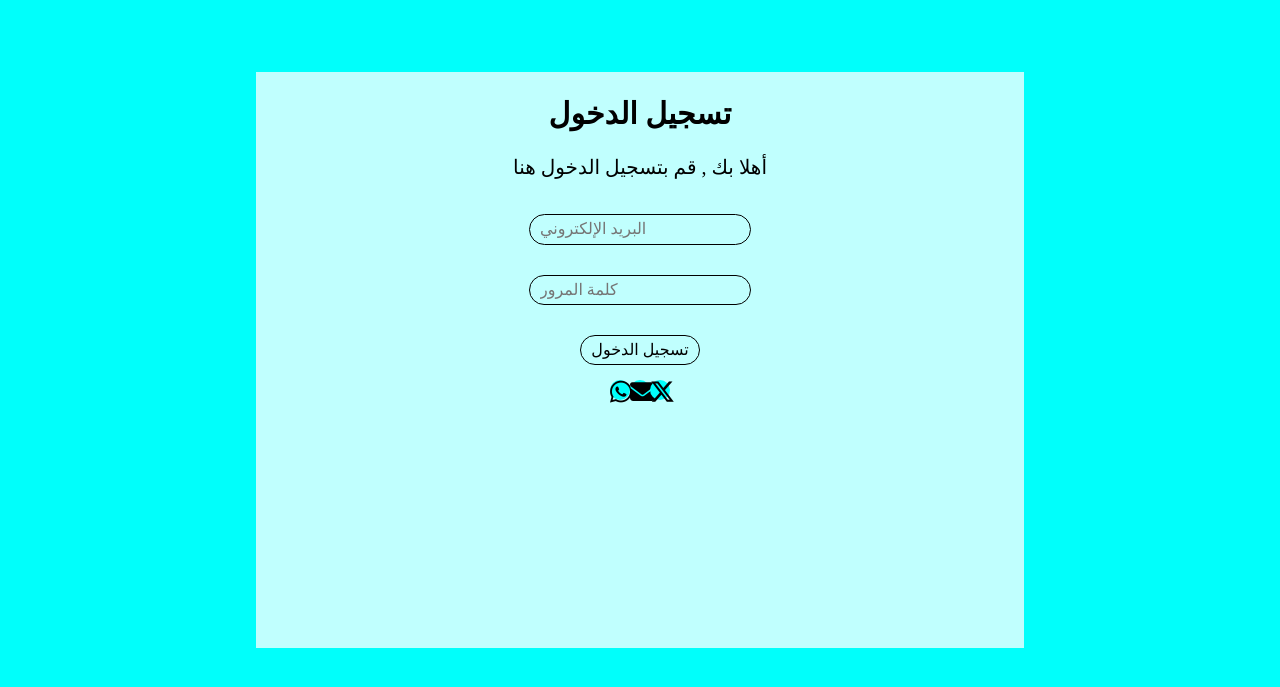
Repository: FaisalFahed/login-page
Page: html/صفحة تسجيل دخول.html
These files come from the project's save history. The page is drawn as it stood at one moment and after a run of saves; the edit follows.
The browser window is 1280 px wide. The pictures show the whole page.
Some web fonts or font styles are not loaded; a fallback is used.

Above is the page before, as saved 2025-04-01 08:43:05.

### html/صفحة تسجيل دخول.html
<!DOCTYPE html>
<html lang="en">
<head>
    <meta charset="UTF-8">
    <meta name="viewport" content="width=device-width, initial-scale=1.0">
    <link rel="stylesheet" href="css/normlaize.css">
    <link rel="stylesheet" href="../css/صفحة تسجيل دخول.css">
    <!-- Font Awesome -->
    <link rel="stylesheet" href="../css/all.min.css">
    <!-- Google Fonts -->
    <link rel="preconnect" href="https://fonts.googleapis.com">
    <link rel="preconnect" href="https://fonts.gstatic.com" crossorigin>
    <link href="https://fonts.googleapis.com/css2?family=Markazi+Text:wght@400..700&display=swap" rel="stylesheet">
    <title>Faisal | صفحة تسجيل دخول</title>
</head>
    <body>
        <div class="container">
            <div class="text">
                <h2>تسجيل الدخول</h2>
                <p>أهلا بك , قم بتسجيل الدخول هنا</p>
            </div>
            <div class="log-in">
                <input type="email" placeholder="البريد الإلكتروني">
                <input type="password" placeholder="كلمة المرور">
                <input type="submit" value="تسجيل الدخول">
            </div>
            <div class="icons">
                <ul>
                    <li><a href="#"><i class="fa-brands fa-whatsapp"></i></a></li>
                    <li><a href="#"><i class="fa-solid fa-envelope"></i></a></li>
                    <li><a href="#"><i class="fa-brands fa-x-twitter"></i></a></li>
                </ul>
            </div>
        </div>
    </body>
</html>

### css/normlaize.css
/*! normalize.css v8.0.1 | MIT License | github.com/necolas/normalize.css */

/* Document
   ========================================================================== */

/**
 * 1. Correct the line height in all browsers.
 * 2. Prevent adjustments of font size after orientation changes in iOS.
 */

 html {
  line-height: 1.15; /* 1 */
  -webkit-text-size-adjust: 100%; /* 2 */
}

/* Sections
   ========================================================================== */

/**
 * Remove the margin in all browsers.
 */

body {
  margin: 0;
}

/**
 * Render the `main` element consistently in IE.
 */

main {
  display: block;
}

/**
 * Correct the font size and margin on `h1` elements within `section` and
 * `article` contexts in Chrome, Firefox, and Safari.
 */

h1 {
  font-size: 2em;
  margin: 0.67em 0;
}

/* Grouping content
   ========================================================================== */

/**
 * 1. Add the correct box sizing in Firefox.
 * 2. Show the overflow in Edge and IE.
 */

hr {
  box-sizing: content-box; /* 1 */
  height: 0; /* 1 */
  overflow: visible; /* 2 */
}

/**
 * 1. Correct the inheritance and scaling of font size in all browsers.
 * 2. Correct the odd `em` font sizing in all browsers.
 */

pre {
  font-family: monospace, monospace; /* 1 */
  font-size: 1em; /* 2 */
}

/* Text-level semantics
   ========================================================================== */

/**
 * Remove the gray background on active links in IE 10.
 */

a {
  background-color: transparent;
}

/**
 * 1. Remove the bottom border in Chrome 57-
 * 2. Add the correct text decoration in Chrome, Edge, IE, Opera, and Safari.
 */

abbr[title] {
  border-bottom: none; /* 1 */
  text-decoration: underline; /* 2 */
  text-decoration: underline dotted; /* 2 */
}

/**
 * Add the correct font weight in Chrome, Edge, and Safari.
 */

b,
strong {
  font-weight: bolder;
}

/**
 * 1. Correct the inheritance and scaling of font size in all browsers.
 * 2. Correct the odd `em` font sizing in all browsers.
 */

code,
kbd,
samp {
  font-family: monospace, monospace; /* 1 */
  font-size: 1em; /* 2 */
}

/**
 * Add the correct font size in all browsers.
 */

small {
  font-size: 80%;
}

/**
 * Prevent `sub` and `sup` elements from affecting the line height in
 * all browsers.
 */

sub,
sup {
  font-size: 75%;
  line-height: 0;
  position: relative;
  vertical-align: baseline;
}

sub {
  bottom: -0.25em;
}

sup {
  top: -0.5em;
}

/* Embedded content
   ========================================================================== */

/**
 * Remove the border on images inside links in IE 10.
 */

img {
  border-style: none;
}

/* Forms
   ========================================================================== */

/**
 * 1. Change the font styles in all browsers.
 * 2. Remove the margin in Firefox and Safari.
 */

button,
input,
optgroup,
select,
textarea {
  font-family: inherit; /* 1 */
  font-size: 100%; /* 1 */
  line-height: 1.15; /* 1 */
  margin: 0; /* 2 */
}

/**
 * Show the overflow in IE.
 * 1. Show the overflow in Edge.
 */

button,
input { /* 1 */
  overflow: visible;
}

/**
 * Remove the inheritance of text transform in Edge, Firefox, and IE.
 * 1. Remove the inheritance of text transform in Firefox.
 */

button,
select { /* 1 */
  text-transform: none;
}

/**
 * Correct the inability to style clickable types in iOS and Safari.
 */

button,
[type="button"],
[type="reset"],
[type="submit"] {
  -webkit-appearance: button;
}

/**
 * Remove the inner border and padding in Firefox.
 */

button::-moz-focus-inner,
[type="button"]::-moz-focus-inner,
[type="reset"]::-moz-focus-inner,
[type="submit"]::-moz-focus-inner {
  border-style: none;
  padding: 0;
}

/**
 * Restore the focus styles unset by the previous rule.
 */

button:-moz-focusring,
[type="button"]:-moz-focusring,
[type="reset"]:-moz-focusring,
[type="submit"]:-moz-focusring {
  outline: 1px dotted ButtonText;
}

/**
 * Correct the padding in Firefox.
 */

fieldset {
  padding: 0.35em 0.75em 0.625em;
}

/**
 * 1. Correct the text wrapping in Edge and IE.
 * 2. Correct the color inheritance from `fieldset` elements in IE.
 * 3. Remove the padding so developers are not caught out when they zero out
 *    `fieldset` elements in all browsers.
 */

legend {
  box-sizing: border-box; /* 1 */
  color: inherit; /* 2 */
  display: table; /* 1 */
  max-width: 100%; /* 1 */
  padding: 0; /* 3 */
  white-space: normal; /* 1 */
}

/**
 * Add the correct vertical alignment in Chrome, Firefox, and Opera.
 */

progress {
  vertical-align: baseline;
}

/**
 * Remove the default vertical scrollbar in IE 10+.
 */

textarea {
  overflow: auto;
}

/**
 * 1. Add the correct box sizing in IE 10.
 * 2. Remove the padding in IE 10.
 */

[type="checkbox"],
[type="radio"] {
  box-sizing: border-box; /* 1 */
  padding: 0; /* 2 */
}

/**
 * Correct the cursor style of increment and decrement buttons in Chrome.
 */

[type="number"]::-webkit-inner-spin-button,
[type="number"]::-webkit-outer-spin-button {
  height: auto;
}

/**
 * 1. Correct the odd appearance in Chrome and Safari.
 * 2. Correct the outline style in Safari.
 */

[type="search"] {
  -webkit-appearance: textfield; /* 1 */
  outline-offset: -2px; /* 2 */
}

/**
 * Remove the inner padding in Chrome and Safari on macOS.
 */

[type="search"]::-webkit-search-decoration {
  -webkit-appearance: none;
}

/**
 * 1. Correct the inability to style clickable types in iOS and Safari.
 * 2. Change font properties to `inherit` in Safari.
 */

::-webkit-file-upload-button {
  -webkit-appearance: button; /* 1 */
  font: inherit; /* 2 */
}

/* Interactive
   ========================================================================== */

/*
 * Add the correct display in Edge, IE 10+, and Firefox.
 */

details {
  display: block;
}

/*
 * Add the correct display in all browsers.
 */

summary {
  display: list-item;
}

/* Misc
   ========================================================================== */

/**
 * Add the correct display in IE 10+.
 */

template {
  display: none;
}

/**
 * Add the correct display in IE 10.
 */

[hidden] {
  display: none;
}

### css/صفحة تسجيل دخول.css
*{
    box-sizing: border-box;
}

:root{
    --main-color: #ff1f1fd6;
    --main-color-alt: #1787E0;
    --main-transition-duration: 0.3s;
    --main-padding-top: 100px;
    --main-padding-bottom: 100px;
    --section-background: #ECECEC;
}

html{
    scroll-behavior: smooth;
}

body{
    font-family: "Markazi Text", serif;
    background-color: #00fffb;
    display: flex;
    width: 100vw;
    height: 100vh;
    justify-content: center;
    align-items: center;
}

a{
    text-decoration: none;
}

ul{
    list-style: none;
    padding: 0;
    margin: 0;
}

.container{
    padding-left: 15px;
    padding-right: 15px;
    margin-left: auto;
    margin-right: auto;
    background-color: rgba(255, 255, 255, 0.753);
    height: 80vh;
    width: 60vw;
    text-align: center;
}

.text{
    font-size: 20px;
}
.log-in{
    display: flex;
    flex-direction: column;
    align-items: center;
    justify-content: center;
}
.log-in input{
    border: none;
    outline: none;
    padding: 5px 10px;
    margin: 15px 0;
    background-color: transparent;
    border: 1px solid black;
    border-radius: 16px;
    position: relative;
}

.icons ul{
    display: flex;
    align-items: center;
    justify-content: center;
}
.icons ul li a{
    color: black;
}
.icons ul li a i{
    background-color: rgb(0, 255, 251);
    font-size: 25px;
    width: 20px;
    height: 20px;
    border-radius: 50%;
}
/* @media (min-width:768px){
    .container{
        width: 750px;
    }
}

@media (min-width:992px){
    .container{
        width: 970px;
    }
}

@media (min-width:1200px){
    .container{
        width: 1170px;
    }
} */

Loaded but not shown: css/all.min.css (library)

After the next 2 saves:
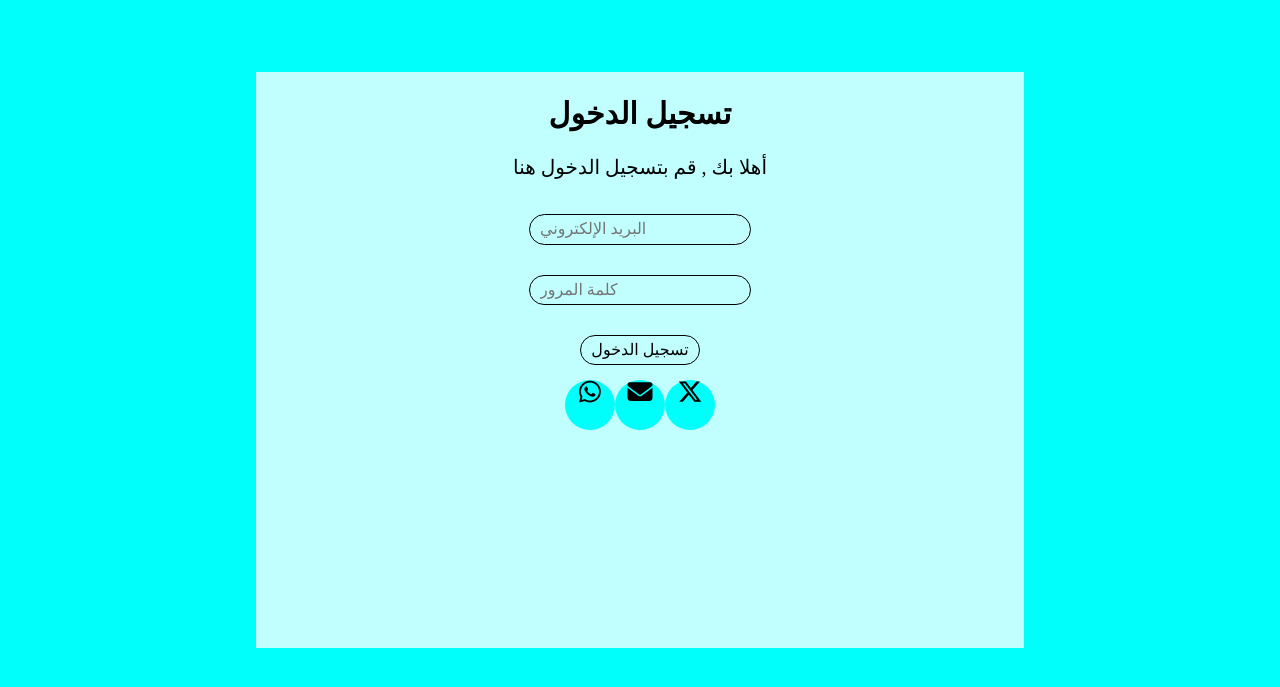
The 2 saves are shown as one change because they came seconds apart.
The last was saved 16 s later.
--- a/css/صفحة تسجيل دخول.css
+++ b/css/صفحة تسجيل دخول.css
@@ -77,8 +77,8 @@ ul{
 .icons ul li a i{
     background-color: rgb(0, 255, 251);
     font-size: 25px;
-    width: 20px;
-    height: 20px;
+    width: 50px;
+    height: 50px;
     border-radius: 50%;
 }
 /* @media (min-width:768px){
